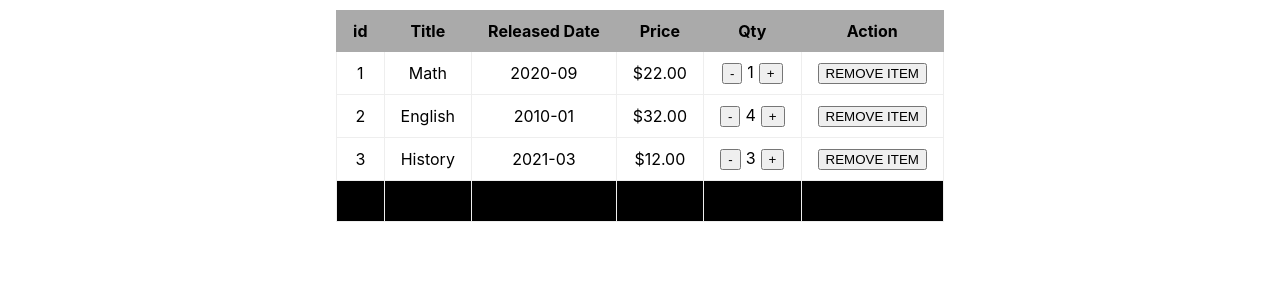
Repository: vgg1kkh/myBookStoreBasket
Page: /
An editor plug-in stored every save of this project. The page is shown before and after the next save, followed by the edit.
The browser window is 1280 px wide. The pictures show the whole page.
The project was rebuilt for these pictures with package versions that can differ from the ones it lists, and the page was loaded fresh each time.

Above is the page before, as saved 2021-10-07 16:50:42.

### public/index.html
<!DOCTYPE html>
<html lang="en">
  <head>
    <meta charset="utf-8" />
    <link rel="icon" href="%PUBLIC_URL%/favicon.ico" />
    <meta name="viewport" content="width=device-width, initial-scale=1" />
    <meta name="theme-color" content="#000000" />
    <meta
      name="description"
      content="Web site created using create-react-app"
    />
    <title>React App</title>
  </head>
  <body>
    <noscript>You need to enable JavaScript to run this app.</noscript>
    <div id="root"></div>

  </body>
</html>

### src/App.js
import React, { Component } from "react";
import { formatPrice } from "./format-util";
import "./App.css";

export default class App extends Component {
  constructor() {
    super();
    this.state = {
      bookList: [
        { id: 3, name: "Math", date: "2020-09", price: 22, number: 1 },
        { id: 4, name: "English", date: "2010-01", price: 32, number: 4 },
        { id: 5, name: "History", date: "2021-03", price: 12, number: 3 },
      ],
    };
  }

  getTotalPrice() {
    // this.state.bookList.reduce(
    //   (pre, item) => (pre = item.price * item.number + pre)
    // );
    let totalPrice = 0
    for(let i of this.state.bookList){
        totalPrice = i.price * i.number + totalPrice
    }
    return totalPrice
  }
  render() {
    return (
      <>
        <div>
          <table className="table-wrapper">
            <thead>
              <tr>
                <th>id</th>
                <th>Title</th>
                <th>Released Date</th>
                <th>Price</th>
                <th>Qty</th>
                <th>Action</th>
              </tr>
            </thead>
            <tbody>
              {this.state.bookList.map((item, index) => {
                return (
                  <tr key={item.id}>
                    <td>{index + 1}</td>
                    <td>{item.name}</td>
                    <td>{item.date}</td>
                    <td>{formatPrice(item.price)}</td>
                    <td>
                      <button>-</button>
                      <span className="book-qty">
                        {item.number}
                      </span>
                      <button>+</button>
                    </td>
                    <td>
                      <button>REMOVE ITEM</button>
                    </td>
                  </tr>
                );
              })}
              <tr>
                <td></td>
                <td></td>
                <td></td>
                <td></td>
                <td>Total</td>
                <td>{this.getTotalPrice()}</td>
              </tr>
            </tbody>
          </table>
        </div>

      </>
    );
  }
}

### src/format-util.js
export function formatPrice(price){
    if(typeof price !== "number"){
        return Number(price) || 0
    }
    return ("$"+price.toFixed(2))
}

### src/App.css
.table-wrapper {
    margin: 10px auto;
    border: 1px solid #eee;
    border-collapse: collapse;
    text-align: center;
}

th,td {
    border: 1px solid #eee;
    padding: 10px 16px;
    /* border-collapse: collapse; */
}

th {
    background-color: #aaa;
    border-color: #aaa
}
table tbody tr:last-child{
    background-color: #000;
}
.book-qty {
    margin: 0 5px;
}

Loaded but not shown: src/index.js (common file); src/index.css (common file)

After the next save:
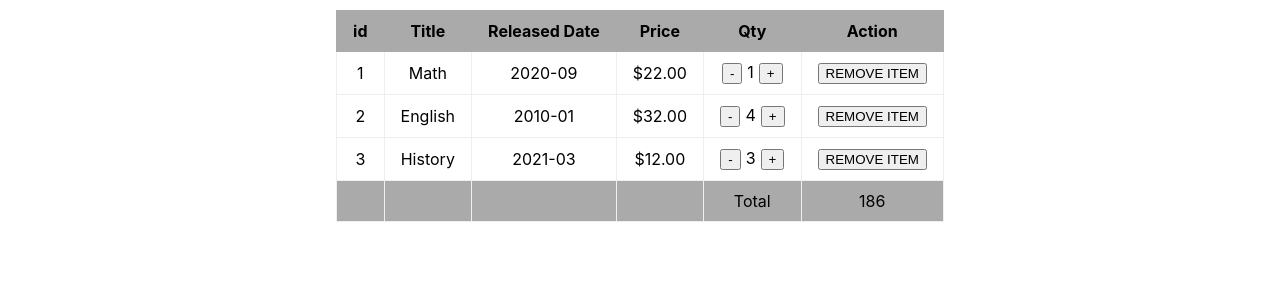
Saved 8 s later.
--- a/src/App.css
+++ b/src/App.css
@@ -16,7 +16,7 @@ th {
     border-color: #aaa
 }
 table tbody tr:last-child{
-    background-color: #000;
+    background-color: #aaa;
 }
 .book-qty {
     margin: 0 5px;
